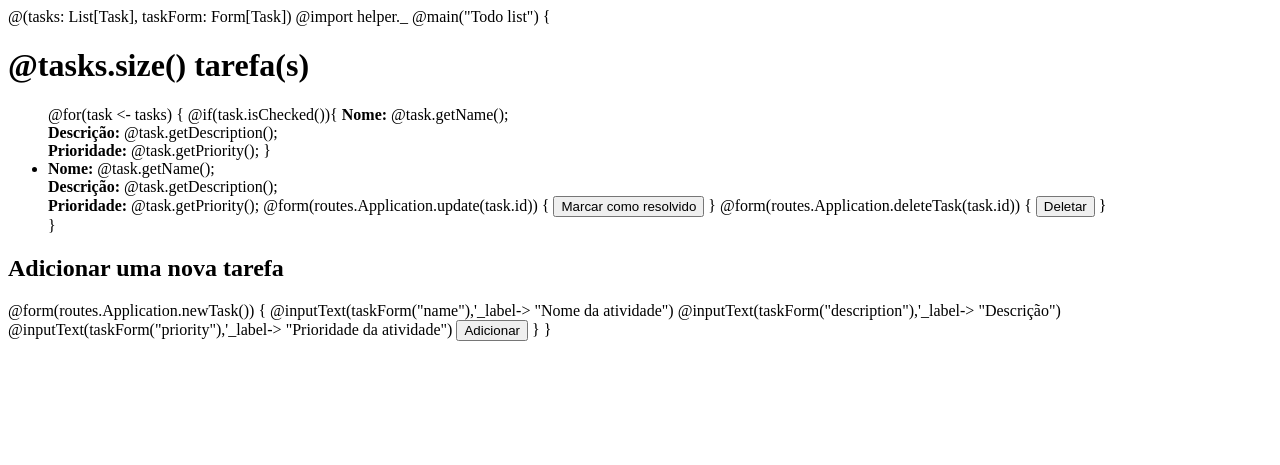
Repository: analuizamtg/si1
Page: lab2/todolist/.target/views/index.scala.html
The author's editor kept a copy of each file at every save. The page is drawn from the files as they stood at one save, then again after the next save.
The browser window is 1280 px wide. The pictures show the whole page.

Above is the page before, as saved 2013-11-26 22:36:25.

### lab2/todolist/.target/views/index.scala.html
@(tasks: List[Task], taskForm: Form[Task])

@import helper._

@main("Todo list") {

    <h1>@tasks.size() tarefa(s)</h1>

    <ul>
        @for(task <- tasks) {
        	@if(task.isChecked()){
        		<b>Nome:</b> @task.getName();
                <br>
                <b>Descrição:</b>  @task.getDescription();
                <br>
                <b>Prioridade:</b> @task.getPriority();
        	}
            <li>
                <b>Nome:</b> @task.getName();
                <br>
                <b>Descrição:</b>  @task.getDescription();
                <br>
                <b>Prioridade:</b> @task.getPriority();
                @form(routes.Application.update(task.id)) {
                    <input type="submit" value="Marcar como resolvido">
                }
                @form(routes.Application.deleteTask(task.id)) {
                    <input type="submit" value="Deletar">
                }
            </li>
        }
    </ul>

    <h2>Adicionar uma nova tarefa</h2>

    @form(routes.Application.newTask()) {

        @inputText(taskForm("name"),'_label-> "Nome da atividade")
        @inputText(taskForm("description"),'_label-> "Descrição")
        @inputText(taskForm("priority"),'_label-> "Prioridade da atividade")

        <input type="submit" value="Adicionar">

    }

}

After the next save:
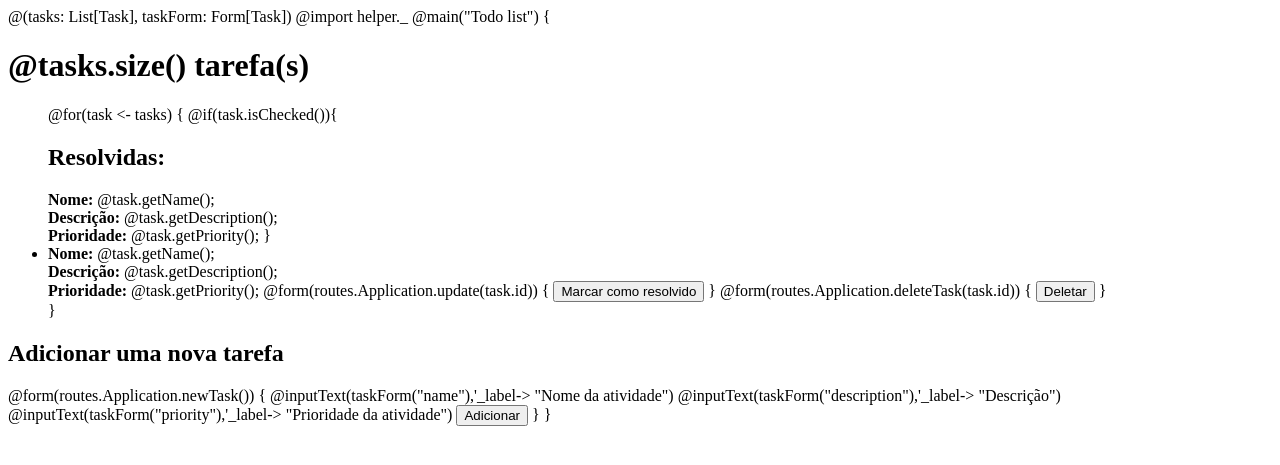
Saved 46 s later.
--- a/lab2/todolist/.target/views/index.scala.html
+++ b/lab2/todolist/.target/views/index.scala.html
@@ -9,6 +9,7 @@
     <ul>
         @for(task <- tasks) {
         	@if(task.isChecked()){
+        		<b><h2> Resolvidas: </h2></b>
         		<b>Nome:</b> @task.getName();
                 <br>
                 <b>Descrição:</b>  @task.getDescription();
